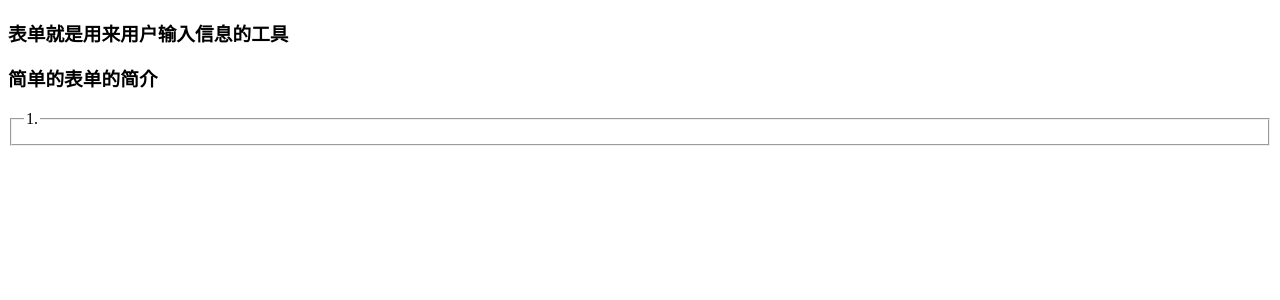
Repository: jarvanstack/vscode
Page: HTML/HTML中From表单.html
These files come from the project's save history. The page is drawn as it stood at one moment and after the next save; the edit follows.
The browser window is 1280 px wide. The pictures show the whole page.

Above is the page before, as saved 2020-06-11 09:40:15.

After the next save:
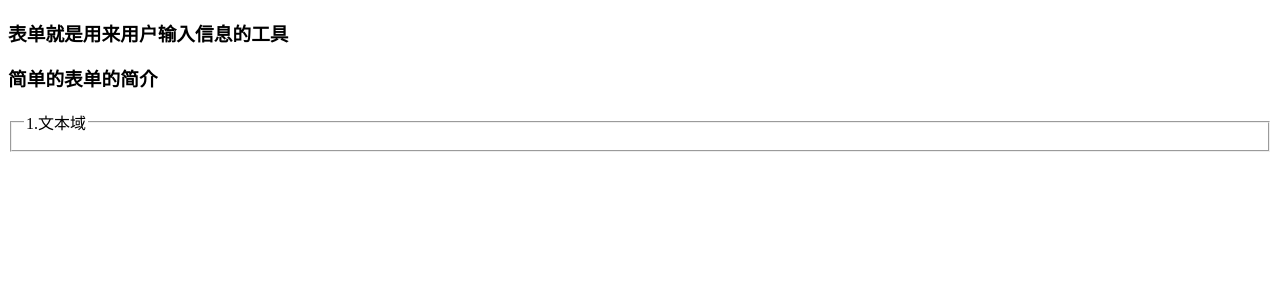
Saved 12 s later.
--- a/HTML/HTML中From表单.html
+++ b/HTML/HTML中From表单.html
@@ -9,7 +9,7 @@
     <h3>表单就是用来用户输入信息的工具</h3>
     <h3>简单的表单的简介</h3>
     <fieldset>
-        <legend>1.</legend>
+        <legend>1.文本域</legend>
     </fieldset>
 </body>
 </html>
